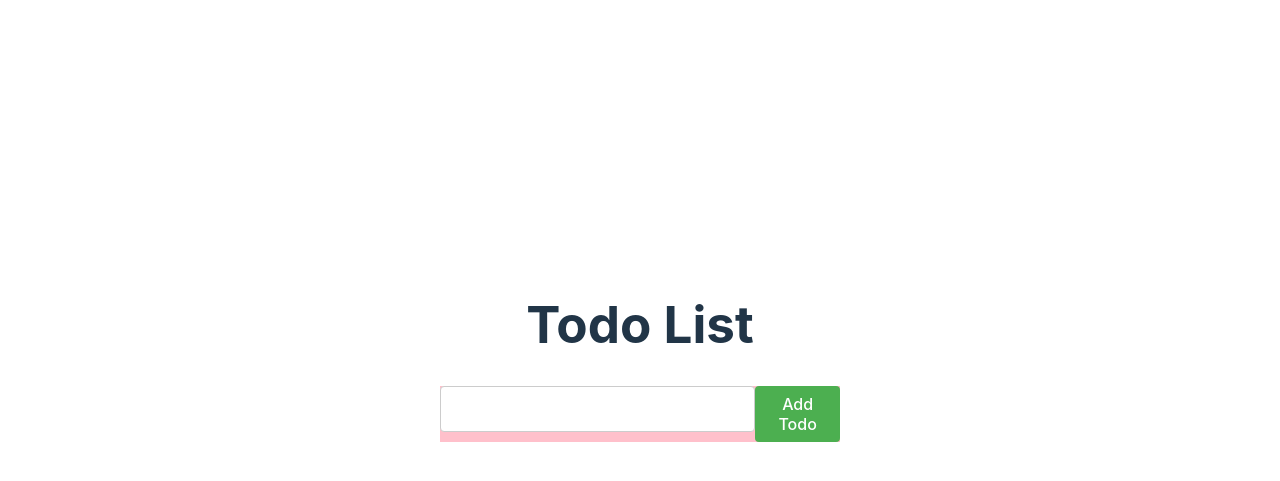
Repository: sinchana-p-iVoyant/mobx-todo
Page: /
The author's editor kept a copy of each file at every save. The page is drawn from the files as they stood at one save, then again after the next save.
The browser window is 1280 px wide. The pictures show the whole page.
The project was rebuilt for these pictures with package versions that can differ from the ones it lists, and the page was loaded fresh each time. Also part of the build but not shown: vite.config.js.

Above is the page before, as saved 2024-03-07 02:22:06.

### src/App.jsx
// App.js
import './App.css';
import TodoList from './TodoList';

function App() {
  return (
    <div>
      <h1>Todo List</h1>
      <TodoList />
    </div>
  );
}

export default App;

### src/TodoList.jsx
import { useState } from 'react';
import { observer } from 'mobx-react-lite';
import todoStore from './TodoStore';
import './TodoList.css';

const TodoList = () => {
  const [newTodoText, setNewTodoText] = useState('');
  const [editingTodoId, setEditingTodoId] = useState(null);
  const [editedTodoText, setEditedTodoText] = useState('');

  const handleAddTodo = () => {
    if (newTodoText.trim() !== '') {
      todoStore.addTodo({
        id: Math.random(),
        text: newTodoText,
      });
      setNewTodoText('');
    }
  };

  const handleStartEditTodo = (id, text) => {
    setEditingTodoId(id);
    setEditedTodoText(text);
  };

  const handleCancelEditTodo = () => {
    setEditingTodoId(null);
    setEditedTodoText('');
  };

  const handleSaveEditedTodo = (id) => {
    todoStore.editTodo(id, editedTodoText);
    setEditingTodoId(null);
    setEditedTodoText('');
  };

  const handleDeleteTodo = (id) => {
    todoStore.deleteTodo(id);
  };

  return (
    <div className="todo-list-container">
      <div className='input-container'>
        <input
            className="todo-input"
            type="text"
            value={newTodoText}
            onChange={(e) => setNewTodoText(e.target.value)}
        />
        <button className="todo-button" onClick={handleAddTodo}>Add Todo</button>
      </div>
      <ul className="todo-list">
        {todoStore.todos.map((todo) => (
          <li key={todo.id} className="todo-item">
            {editingTodoId === todo.id ? (
              <>
                <input
                  className="todo-input"
                  type="text"
                  value={editedTodoText}
                  onChange={(e) => setEditedTodoText(e.target.value)}
                />
                <button className="todo-button edit-button" onClick={() => handleSaveEditedTodo(todo.id)}>Save</button>
                <button className="todo-button cancel-button" onClick={handleCancelEditTodo}>Cancel</button>
              </>
            ) : (
              <>
                <span>{todo.text}</span>
                <button className="todo-button edit-button" onClick={() => handleStartEditTodo(todo.id, todo.text)}>Edit</button>
              </>
            )}
            <button className="todo-button delete-button" onClick={() => handleDeleteTodo(todo.id)}>Delete</button>
          </li>
        ))}
      </ul>
    </div>
  );
};

export default observer(TodoList);

### src/TodoStore.js
// TodoStore.js
import { makeObservable, observable, action } from 'mobx';

class TodoStore {
  todos = [];

  constructor() {
    makeObservable(this, {
      todos: observable,
      addTodo: action,
      editTodo: action,
      deleteTodo: action,
    });
  }

  addTodo = (todo) => {
    this.todos.push(todo);
  };

  editTodo = (id, newText) => {
    const todoToEdit = this.todos.find(todo => todo.id === id);
    if (todoToEdit) {
      todoToEdit.text = newText;
    }
  };

  deleteTodo = (id) => {
    this.todos = this.todos.filter(todo => todo.id !== id);
  };
}

const todoStore = new TodoStore();
export default todoStore;

### src/TodoList.css
/* TodoList.css */

.todo-list-container {
    width: 400px;
    margin: 0 auto;
    background-color: pink;
  }

  .input-container {
    display: flex;
    flex-direction: row;
  }

  .todo-input {
    width: 100%;
    margin-bottom: 10px;
    padding: 8px;
    font-size: 16px;
    border: 1px solid #ccc;
    border-radius: 4px;
  }

  .todo-button {
    width: max-content;
    padding: 8px 15px;
    font-size: 16px;
    border: none;
    border-radius: 4px;
    background-color: #4caf50;
    color: white;
    cursor: pointer;
  }

  .todo-list {
    list-style-type: none;
    padding: 0;
  }

  .todo-item {
    margin-bottom: 10px;
  }

  .todo-item input[type="text"] {
    width: 80%;
    padding: 8px;
    font-size: 16px;
    border: 1px solid #ccc;
    border-radius: 4px;
  }

  .todo-item button {
    margin-left: 5px;
    padding: 8px 15px;
    font-size: 16px;
    border: none;
    border-radius: 4px;
    cursor: pointer;
  }

  .edit-button {
    background-color: #2196F3;
  }

  .edit-button:hover {
    background-color: #0b7dda;
  }

  .delete-button {
    background-color: #f44336;
  }

  .delete-button:hover {
    background-color: #da190b;
  }

Loaded but not shown: index.html (common file); src/main.jsx (common file); src/index.css (common file); src/App.css (common file)

After the next save:
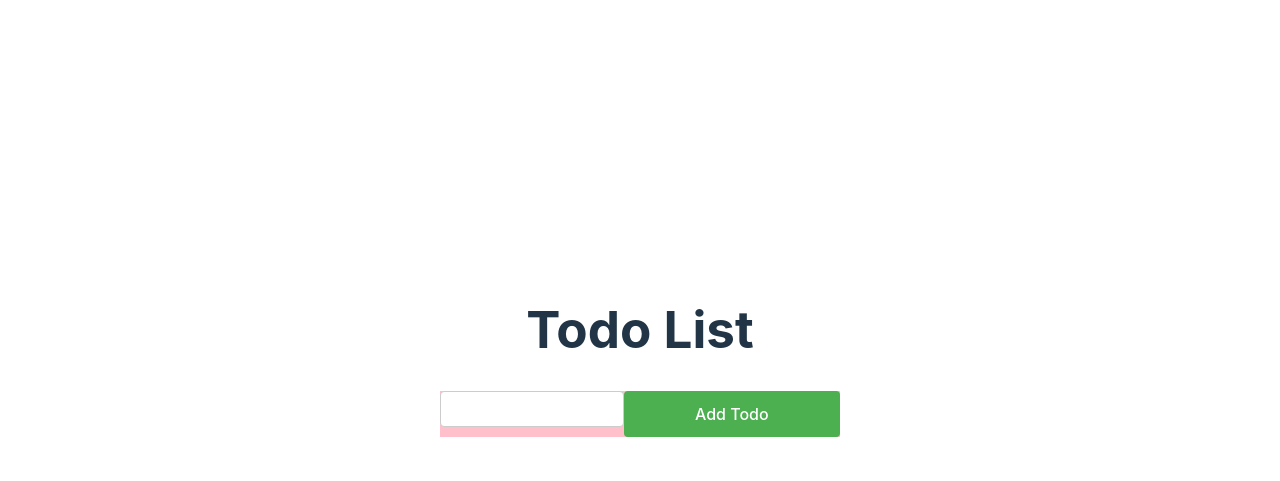
Saved 14 s later.
--- a/src/TodoList.css
+++ b/src/TodoList.css
@@ -21,7 +21,7 @@
   }
 
   .todo-button {
-    width: max-content;
+    width: 30rem;
     padding: 8px 15px;
     font-size: 16px;
     border: none;
